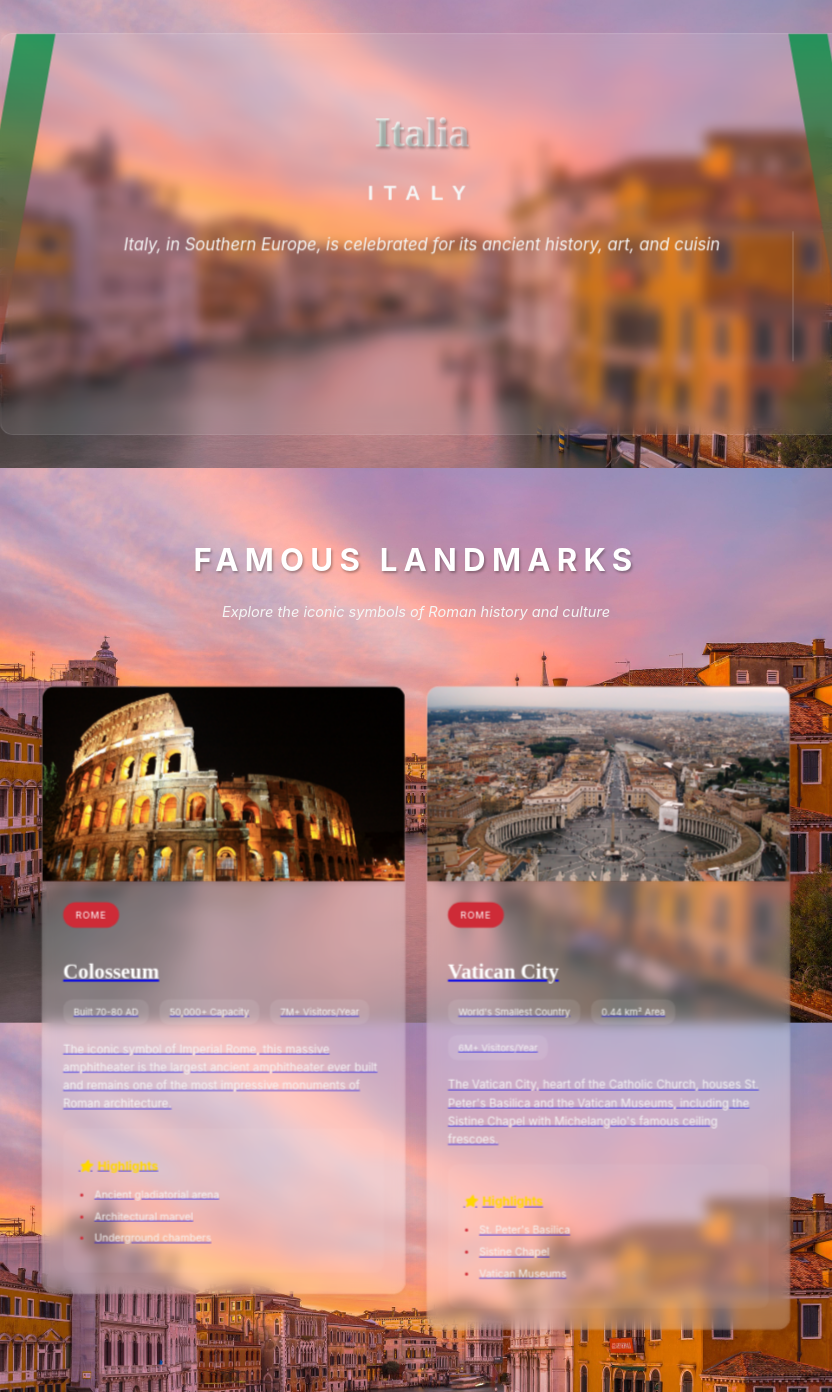
Repository: huang-heavenly-Emperor/NewYork
Page: italy.html
The author's editor kept a copy of each file at every save. The page is drawn from the files as they stood at one save, then again after the next save.
The browser window is 1280 px wide. The pictures show the whole page, at 65% of full size.
Pictures or frames that could not be fetched are drawn as grey boxes. Backgrounds fixed to the window are drawn as part of the page.

Above is the page before, as saved 2025-02-19 15:24:32.

After the next save:
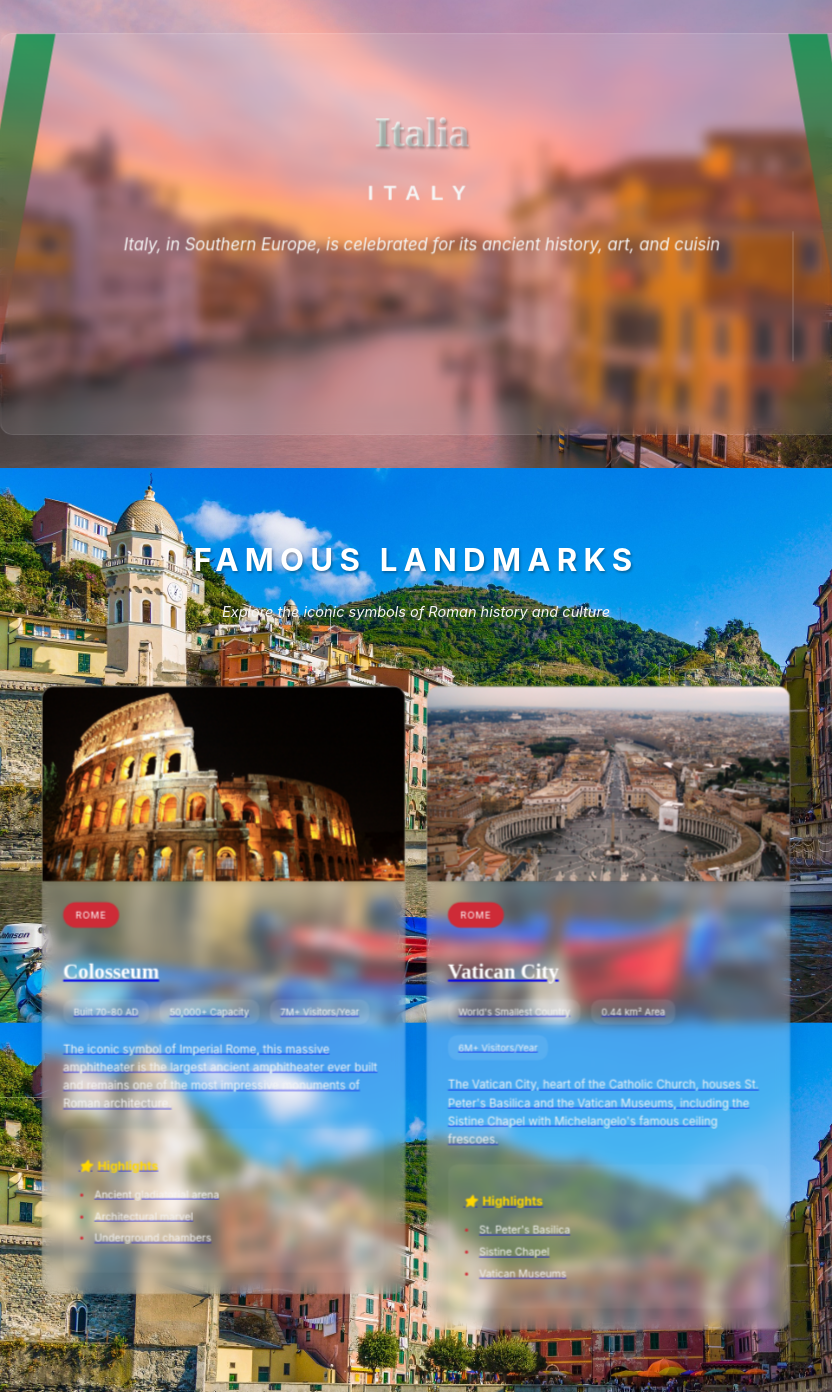
Saved 39 s later.
--- a/css/italy.css
+++ b/css/italy.css
@@ -179,7 +179,7 @@ body {
 
 .continent-section {
     padding: 4rem 2rem;
-    background: url('../images/italy-bg.jpg') center/cover no-repeat fixed;
+    background: url('../images/italy-bg2.jpg') center/cover no-repeat fixed;
 }
 
 .section-header {
